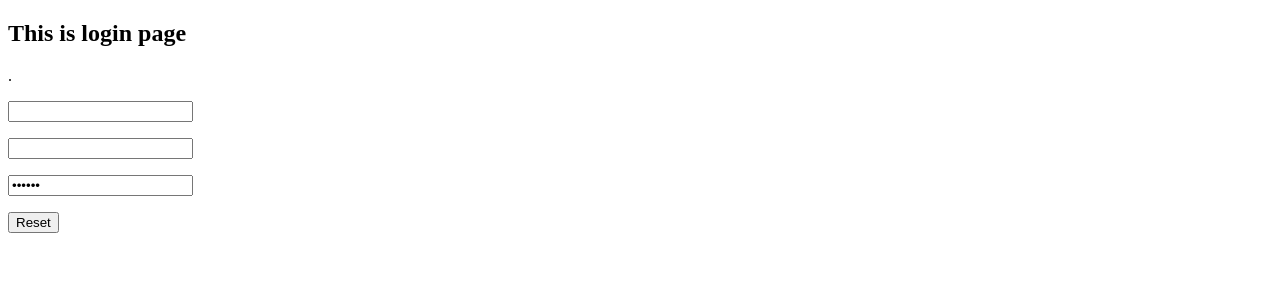
Repository: GuptaSanjay/Spring-KishoreSir-
Page: simple-webapp/WebContent/login.html
The author's editor kept a copy of each file at every save. The page is drawn from the files as they stood at one save, then again after the next save.
The browser window is 1280 px wide. The pictures show the whole page.

Above is the page before, as saved 2018-03-06 09:42:59.

### simple-webapp/WebContent/login.html
<!DOCTYPE html>
<html>
<head>
<meta charset="ISO-8859-1">
<title>Insert title here</title>
</head>
<body>
	<h2>This is login page</h2>.
	<form action="" method="get">
	<p><input type="text" name ="un"></p>
	<p><input type="text" name ="pw"></p>
	<p><input type="password" value="Submit"></p>
	<p><input type="reset" name ="Reset"></p>
	</form>
</body>
</html>

After the next save:
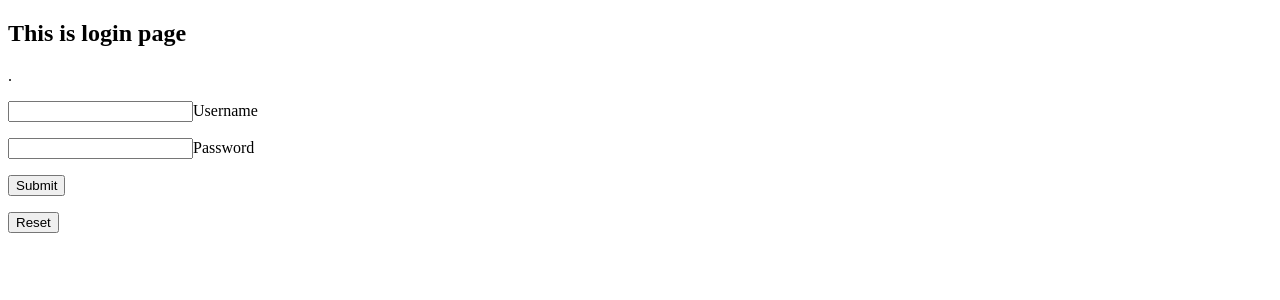
Saved 81 s later.
--- a/simple-webapp/WebContent/login.html
+++ b/simple-webapp/WebContent/login.html
@@ -7,9 +7,9 @@
 <body>
 	<h2>This is login page</h2>.
 	<form action="" method="get">
-	<p><input type="text" name ="un"></p>
-	<p><input type="text" name ="pw"></p>
-	<p><input type="password" value="Submit"></p>
+	<p><input type="text" name ="un">Username</p>
+	<p><input type="password" name ="pw">Password</p>
+	<p><input type="button" value="Submit"></p>
 	<p><input type="reset" name ="Reset"></p>
 	</form>
 </body>
